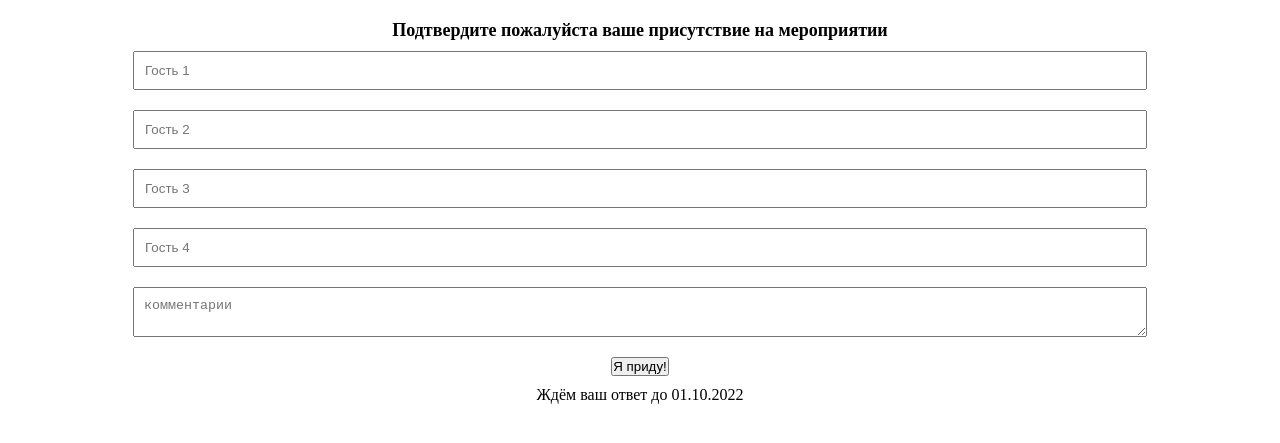
Repository: Anthony8845/wedding_invitation
Page: index.html
The author's editor kept a copy of each file at every save. The page is drawn from the files as they stood at one save, then again after the next save.
The browser window is 1280 px wide. The pictures show the whole page.

Above is the page before, as saved 2022-07-28 22:01:54.

After the next save:
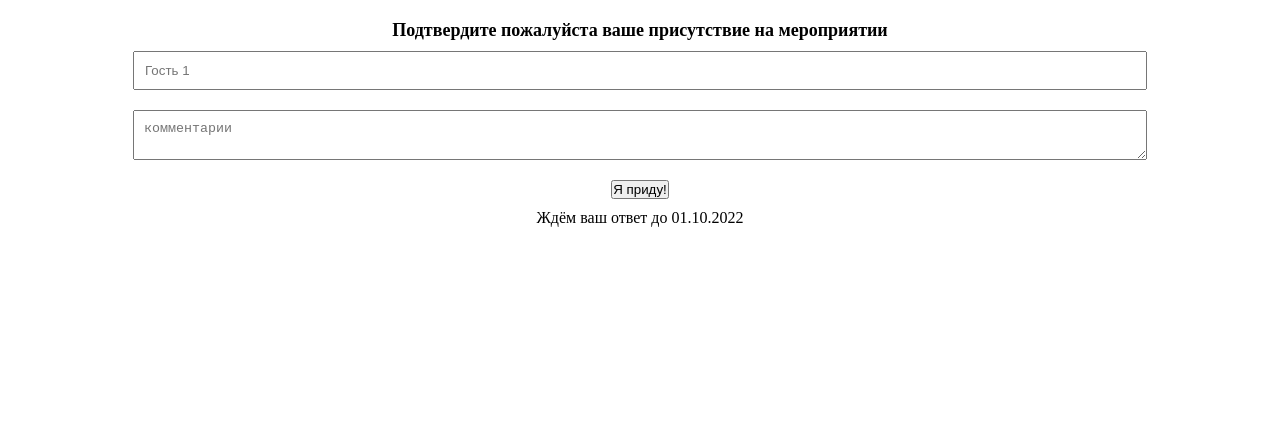
Saved 12 h 39 min later.
--- a/index.html
+++ b/index.html
@@ -30,9 +30,9 @@
         <form class="form" action="#"  >
             <h2 class="form__header">Подтвердите пожалуйста ваше присутствие на мероприятии</h2>
             <input class="form__input_item" type="text" name="Guest1" placeholder="Гость 1">
-            <input class="form__input_item" type="text" name="Guest2" placeholder="Гость 2">
+            <!-- <input class="form__input_item" type="text" name="Guest2" placeholder="Гость 2">
             <input class="form__input_item" type="text" name="Guest3" placeholder="Гость 3">
-            <input class="form__input_item" type="text" name="Guest4" placeholder="Гость 4">
+            <input class="form__input_item" type="text" name="Guest4" placeholder="Гость 4"> -->
             <textarea class="form__comment" name="" placeholder="комментарии"></textarea>
             <button class="form__btn">Я приду!</button>
         </form>

After the save that followed:
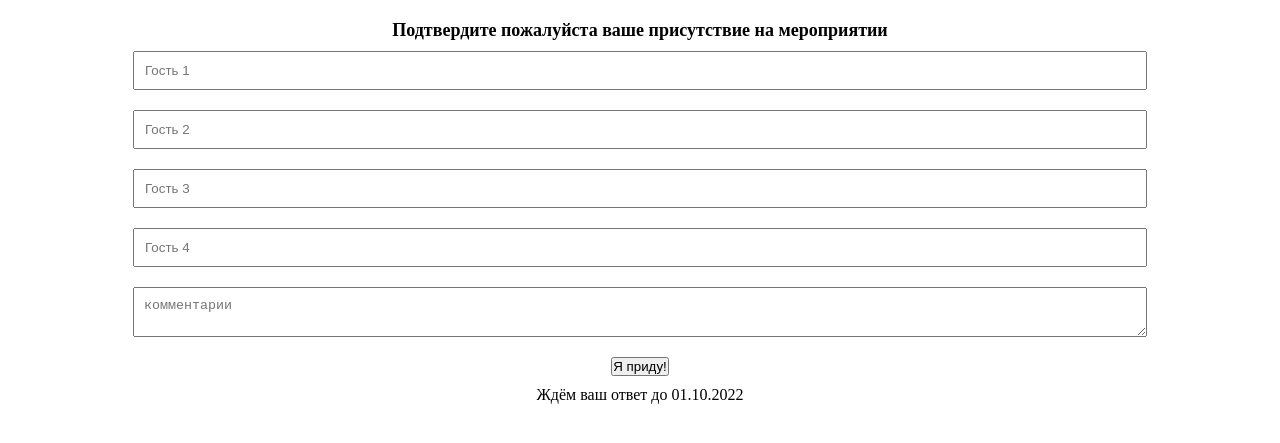
Saved 21 s later.
--- a/index.html
+++ b/index.html
@@ -30,9 +30,9 @@
         <form class="form" action="#"  >
             <h2 class="form__header">Подтвердите пожалуйста ваше присутствие на мероприятии</h2>
             <input class="form__input_item" type="text" name="Guest1" placeholder="Гость 1">
-            <!-- <input class="form__input_item" type="text" name="Guest2" placeholder="Гость 2">
+            <input class="form__input_item" type="text" name="Guest2" placeholder="Гость 2">
             <input class="form__input_item" type="text" name="Guest3" placeholder="Гость 3">
-            <input class="form__input_item" type="text" name="Guest4" placeholder="Гость 4"> -->
+            <input class="form__input_item" type="text" name="Guest4" placeholder="Гость 4">
             <textarea class="form__comment" name="" placeholder="комментарии"></textarea>
             <button class="form__btn">Я приду!</button>
         </form>
